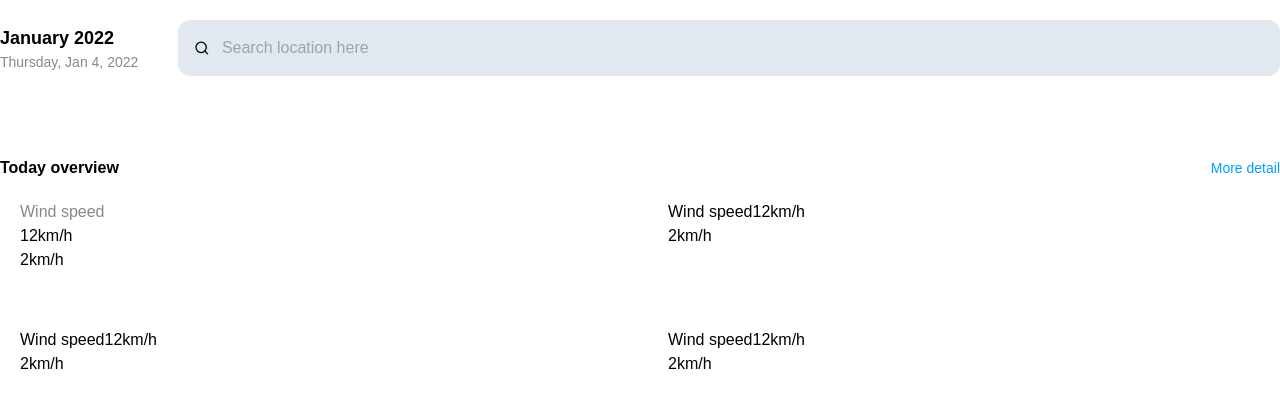
Repository: theweirdboiz/datawarehouse-ui
Page: /
The author's editor kept a copy of each file at every save. The page is drawn from the files as they stood at one save, then again after the next save.
The browser window is 1280 px wide. The pictures show the whole page.
The project was rebuilt for these pictures with package versions that can differ from the ones it lists, and the page was loaded fresh each time. Also part of the build but not shown: vite.config.js.

Above is the page before, as saved 2022-11-23 16:25:52.

After the next save:
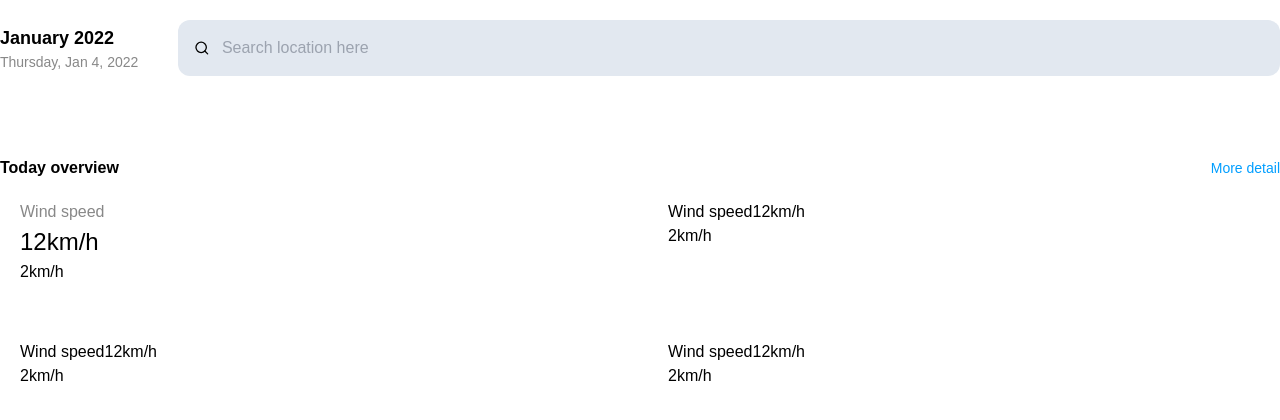
Saved 20 s later.
--- a/src/App.jsx
+++ b/src/App.jsx
@@ -42,7 +42,7 @@ function App() {
                   <i></i>
                   <div className="speed flex flex-col">
                     <h4 className="text-[#888]">Wind speed</h4>
-                    <span>12km/h</span>
+                    <span className="text-[24px]">12km/h</span>
                   </div>
                   <span>2km/h</span>
                 </div>
